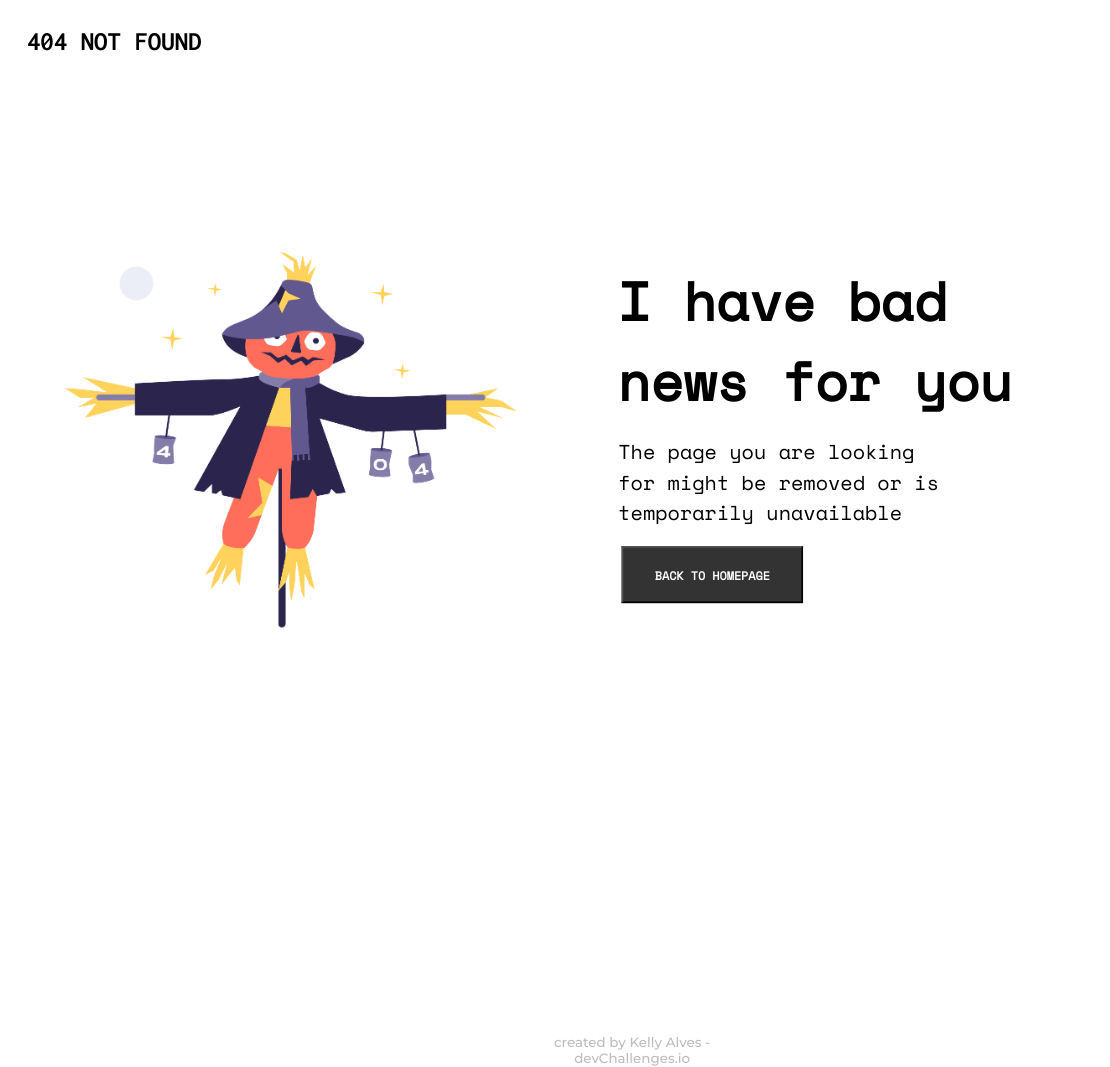
Repository: kellyalves87/404_not_found
Page: index.html
The author's editor kept a copy of each file at every save. The page is drawn from the files as they stood at one save, then again after the next save.
The browser window is 1280 px wide. The page is 1321 px wide, so the pictures cover 1321 px, including what lies to the right of the window. The pictures show the whole page, at 84% of full size.

Above is the page before, as saved 2021-05-16 17:22:37.

### index.html
<!DOCTYPE html>
<html lang="en">

<head>
  <meta charset="utf-8" />
  <meta name="viewport" content="width=device-width, initial-scale=1,
  maximum-scale=5" />
  <link rel="icon" href="./assets/devchallenges.png" />
  <link rel="shortcut icon" type="image/x-icon" href="https://devchallenges.io/" />
  <link rel="preconnect" href="https://fonts.gstatic.com">
<link href="https://fonts.googleapis.com/css2?family=Inconsolata:wght@700&family=Montserrat:wght@500&family=Space+Mono:ital,wght@0,400;1,700&display=swap" rel="stylesheet">
  <link rel="stylesheet" href="./style/index.css">
  <link rel="stylesheet" href="./style/reset.css">
  <title>Devchallenges</title>
</head>

<header class="header">
  <h1>404 not found</h1>
</header>

<body>
  <section class="content">
    <img src="./assets/Scarecrow.png" alt="straw man">
    <h1>I have bad news for you</h1>
    <p>The page you are looking for might be removed or is temporarily unavailable</p>
  </section>
  <div class="button">
    <button type="button">back to homepage</button>
  </div>
    <footer class="footer">
      <a href="https://github.com/kellyalves87">created by Kelly Alves - <a href="https://devchallenges.io/">devChallenges.io</a>
    </footer>
</body>

</html>

### style/index.css
/*Desktop*/
.header h1 {
  font-family: Inconsolata, sans-serif;
  font-style: normal;
  font-weight: bold;
  text-transform: uppercase;
}

.content img {
  position: absolute;
  height: 447.4263916015625px;
  width: 539.2236938476562px;
  left: 77px;
  top: 150px;
  border-radius: 0px;
}

.header,
.content,
.button,
.footer {
  margin: 2rem;
}

.content h1,
p,
button {
  font-family: Space Mono, sans-serif;
}

.content h1,
button {
  font-weight: 700;
}

.content h1 {
  font-size: 4rem;
  font-weight: 700;
  width: 586px;
  height: 190px;
  left: 735px;
  top: 150px;
  position: absolute;
}

.content p {
  font-size: 1.5rem;
  font-weight: 400;
  position: absolute;
  width: 384px;
  height: 108px;
  left: 736px;
  top: 350px;
}

button {
  color: #ffffff;
  cursor: pointer;
  background-color: #333333;
  font-size: 14px;
  position: absolute;
  width: 216px;
  height: 68px;
  left: 740px;
  top: 480px;
  text-transform: uppercase;
}

.footer {
  font-size: 0.85rem;
  position: absolute;
  width: 287px;
  height: 17px;
  left: 577px;
  top: 663px;
}

.footer a {
  color: #bdbdbd;
  font-family: Montserrat, sans-serif;
  text-decoration: none;
}

/* Mobile */
@media only screen and (max-width: 414px) {
  body {
    display: flex;
    flex-direction: column;
  }

  .header h1 {
    font-family: inconsolata, sans-serif;
    font-size: 1rem;
    text-transform: uppercase;
  }

  .content img {
    height: 220.000015px;
    width: 250.829834px;
    left: 44px;
    top: 80px;
    border-radius: 0px;
  }

  .header,
  .content,
  .button,
  .footer {
    margin: 1rem;
  }

  .content h1,
  p,
  button {
    font-family: Space Mono, sans-serif;
    position: absolute;
  }

  .content h1,
  button {
    font-weight: 700;
  }

  .content h1 {
    font-size: 2.5rem;
    letter-spacing: -0.035em;
    width: 344px;
    height: 142px;
    left: 24px;
    top: 325px;
  }

  .content p {
    font-size: 1.125rem;
    font-weight: 400;
    letter-spacing: -0.035em;
    width: 328px;
    height: 81px;
    left: 23px;
    top: 450px;
  }

  button {
    color: #ffffff;
    cursor: pointer;
    background-color: #333333;
    font-size: 0.875rem;
    width: 180px;
    height: 60px;
    left: 24px;
    top: 540px;
    text-transform: uppercase;
  }

  .footer {
    font-size: 0.85rem;
    left: 18px;
    top: 610px;
  }
  .footer a {
    color: #bdbdbd;
    font-family: Montserrat, sans-serif;
    text-decoration: none;
  }
}

/*Tablet*/

@media only screen and (min-width: 768px) {
  .content img {
    top: 300px;
  }
  .content h1 {
    top: 310px;
  }

  .content p {
    top: 520px;
  }

  button {
    top: 650px;
  }

  .footer {
    font-size: 1rem;
    text-align: center;
    top: 1200px;
  }

  .footer a {
    color: #bdbdbd;
    font-family: Montserrat, sans-serif;
    text-decoration: none;
  }
}

Loaded but not shown: style/reset.css (common file)

After the next save:
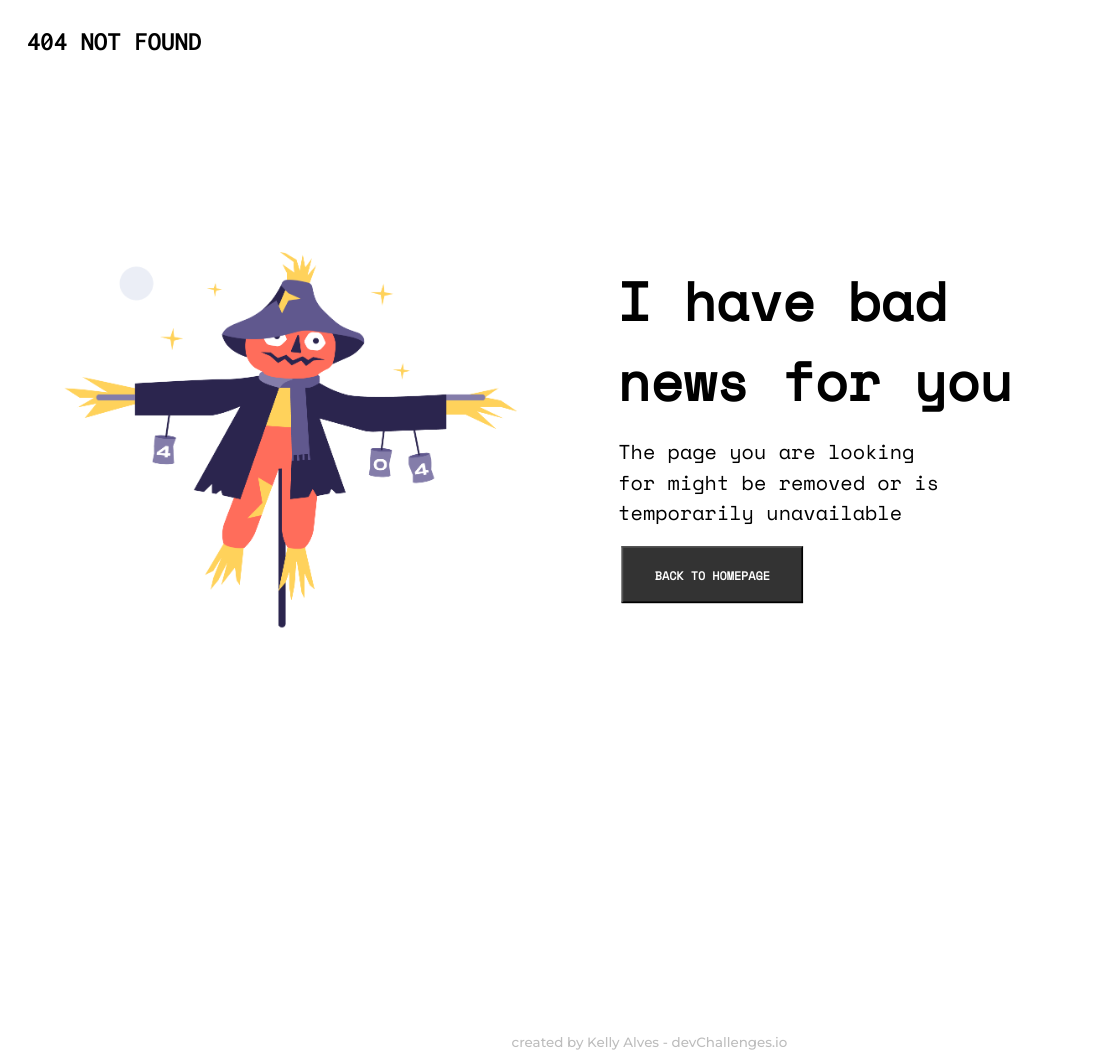
Saved 93 s later.
--- a/style/index.css
+++ b/style/index.css
@@ -184,8 +184,8 @@ button {
 
   .footer {
     font-size: 1rem;
-    text-align: center;
     top: 1200px;
+    width: 400px;
   }
 
   .footer a {
